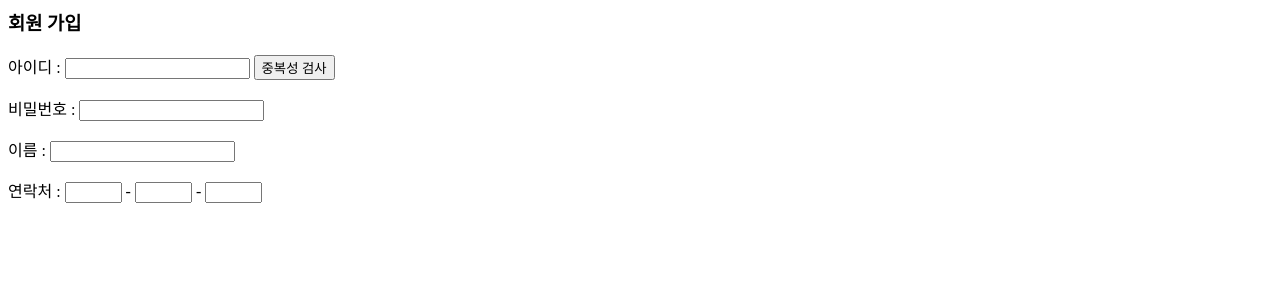
Repository: peanutBana/jsp_project
Page: http://localhost/JSPBook/ch06/form03.jsp
These files come from the project's save history. The page is drawn as it stood at one moment and after the next save; the edit follows.
The browser window is 1280 px wide. The pictures show the whole page.
The page is served by Tomcat 9. Other server files are loaded and not shown.

Above is the page before, as saved 2022-10-05 00:50:45.

### JSPBook/src/main/webapp/ch06/form03.jsp
<%@ page language="java" contentType="text/html; charset=UTF-8"%>
<html>
<head>
<title>Form Processing</title>
</head>
<body>
	<h3>회원 가입</h3>
	<form action="#" name="member" method="post">
		<p>아이디 : <input type="text" name="id"> <input type="button" value="중복성 검사">
		<p>비밀번호 : <input type="password" name="passwd">
		<p>이름 : <input type="text" name="name">
		<p>연락처 : <input type="text" maxlength="4" size="4" name="phone1"> -
				  <input type="text" maxlength="4" size="4" name="phone2"> -
				  <input type="text" maxlength="4" size="4" name="phone3">
	</form>
</body>
</html>

After the next save:
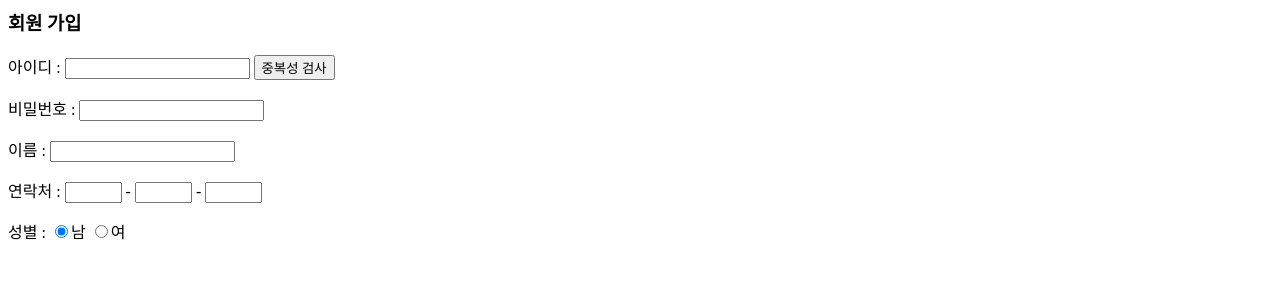
Saved 97 s later.
--- a/JSPBook/src/main/webapp/ch06/form03.jsp
+++ b/JSPBook/src/main/webapp/ch06/form03.jsp
@@ -12,6 +12,8 @@
 		<p>연락처 : <input type="text" maxlength="4" size="4" name="phone1"> -
 				  <input type="text" maxlength="4" size="4" name="phone2"> -
 				  <input type="text" maxlength="4" size="4" name="phone3">
-	</form>
+		<p>성별 : <input type="radio" name="sex" value="남성" checked>남
+				 <input type="radio" name="sex" value="여성">여
+	</form
 </body>
 </html>
